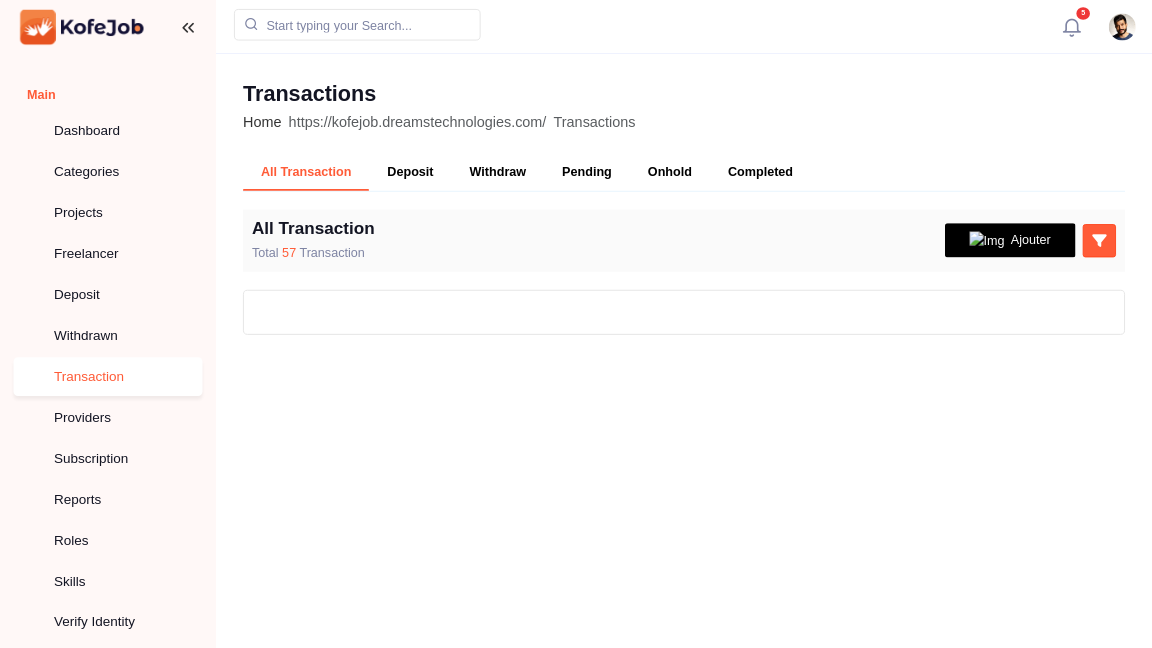
Repository: DIOMANDEMohamed/tp-web
Page: http://localhost/transaction
These files come from the project's save history. The page is drawn as it stood at one moment and after a run of saves; the edit follows.
The browser window is 1280 px wide. The pictures show the whole page, at 90% of full size.
Some web fonts or font styles are not loaded; a fallback is used. The page is served by the project's Laravel application, run on PHP 8.4 with Laravel 12. Other server files are loaded and not shown.

Above is the page before, as saved 2024-06-10 18:15:21.

### app/Providers/AppServiceProvider.php
<?php

namespace App\Providers;

use Illuminate\Support\ServiceProvider;
use Illuminate\Support\Facades\Schema;
class AppServiceProvider extends ServiceProvider
{
    /**
     * Register any application services.
     */
    public function register(): void
    {
        //
    }

    /**
     * Bootstrap any application services.
     */
    public function boot(): void
    {
        //
        Schema::defaultStringLength(191); //Update defaultStringLength
    }
}

### routes/web.php
<?php

use App\Http\Controllers\TransactionController;
use Illuminate\Support\Facades\Route;

Route::get('/', function () {
    return view('welcome');
});
Route::get('/transaction', [TransactionController::class, 'transaction'])->name('all transaction.index');
Route::get('/depot', [TransactionController::class, 'trandepot'])->name('depot.index');
Route::get('/competer', [TransactionController::class, 'trancompleter'])->name('completer.index');
Route::get('/enattente', [TransactionController::class, 'tranenattente'])->name('en attente.index');
Route::get('/retirer', [TransactionController::class, 'tranretirer'])->name('retirer.index');
Route::get('/onhold', [TransactionController::class, 'tranonhold'])->name('onhold.index');
Route::get('/formulaire',[TransactionController::class, 'tranformulaire'])->name('transaction.formulaire');
Route::get('/transactions', [TransactionController::class, 'index'])->name('transactions.index');
Route::post('/transactions', [TransactionController::class, 'store'])->name('transactions.store');

### app/Http/Controllers/TransactionController.php
<?php

namespace App\Http\Controllers;

use Illuminate\Http\Request;
use App\Models\transaction;
use Illuminate\Auth\Events\Validated;

class TransactionController extends Controller
{

    public function transaction(){
        return view('all transaction.index');
    }

    public function trandepot(){
        return view('depot.index');

    }
    public function trancompleter(){
        return view('completer.index');
    }
    public function tranenattente(){
        return view('en attente.index');
    }
    public function tranretirer(){
        return view('retirer.index');
    }
    public function tranonhold(){
        return view('onhold.index');
    }
    public function tranformulaire(){
        return view('transaction.formulaire');
    }
    public function store(Request $request)
    {
        $request->validate([
            'commande' => 'required|string',
            'utilisateur' => 'required|string',
            'detail' => 'required|string',
            'par' => 'required|string',
            'montant' => 'required|numeric',
            'status' => 'required|string',
        ]);

        $transaction = new Transaction();
        $transaction->commande = $request->commande;
        $transaction->utilisateur = $request->utilisateur;
        $transaction->detail = $request->detail;
        $transaction->par = $request->par;
        $transaction->montant = $request->montant;
        $transaction->status = $request->status;
        $transaction->save();

        return redirect()->route('transactions.index')->with('status', 'Transaction créée avec succès!');
    }
    public function index()
    {
        $transactions = Transaction::all();
        return view('transactions.index', compact('transactions'));
    }





}

### resources/views/all transaction/index.blade.php
@extends('layouts.app')
@section('content')
<div class="content report-box container-fluid">

    <div class="page-header subscribe-head border-bottom-0">
        <div class="row align-items-center">
            <div class="col">
                <h3 class="page-title">Transactions</h3>
                <ul class="breadcrumb">
                    <li class="breadcrumb-item"><a href="index.html">Home</a></li>
                    <li class="breadcrumb-item active">Transactions</li>
                </ul>
            </div>
        </div>
    </div>

    <div class="row">
        <div class="col-sm-12">
            <div class="subscribe-employe users-list">
                <ul>
                    <li class="active"><a href="transaction.html">All Transaction </a></li>
                    <li><a href="{{route('depot.index')}}">Deposit</a></li>
                    <li><a href="{{route('retirer.index')}}">Withdraw</a></li>
                    <li><a href="{{route('en attente.index')}}">Pending</a></li>
                    <li><a href="{{route('onhold.index')}}">Onhold</a></li>
                    <li><a href="{{route('completer.index')}}">Completed</a></li>
                </ul>
            </div>

            <div class="page-header user-active">
                <div class="row align-items-center">
                    <div class="col">
                        <h3 class="page-title">All Transaction</h3>
                        <p>Total <span>57</span> Transaction</p>
                    </div>
                    <div class="col-auto">
                        <a href="/formulaire" class="btn export-btn me-1">
                            <img src="assets/img/export.svg" alt="Img"> Ajouter
                        </a>
                        <a class="btn filter-btn" href="javascript:void(0);" id="filter_search">
                            <i class="fas fa-filter"></i>
                        </a>
                    </div>
                </div>
            </div>


            <div class="card filter-card" id="filter_inputs">
                <div class="card-body pb-0">
                    <form action="#" method="post">
                        <div class="row filter-row">
                            <div class="col-sm-6 col-md-3">
                                <div class="form-group">
                                    <label>Name</label>
                                    <input class="form-control" type="text">
                                </div>
                            </div>
                            <div class="col-sm-6 col-md-3">
                                <div class="form-group">
                                    <label>Email</label>
                                    <input type="email" class="form-control">
                                </div>
                            </div>
                            <div class="col-sm-6 col-md-3">
                                <div class="form-group">
                                    <label>Expertise</label>
                                    <input type="text" class="form-control">
                                </div>
                            </div>
                            <div class="col-sm-6 col-md-3">
                                <div class="form-group">
                                    <button class="btn btn-primary btn-block"
                                        type="submit">Submit</button>
                                </div>
                            </div>
                        </div>
                    </form>
                </div>
            </div>

            <div class="card">
                <div class="card-body">

                </div>
            </div>
        </div>
    </div>
</div>
@endsection

### resources/views/layouts/header.blade.php
<div class="header">

    <div class="header-left">
        <a href="index.html" class="logo">
            <img src="assets/img/logo.png" alt="Logo">
        </a>
        <a href="index.html" class="logo logo-small">
            <img src="assets/img/logo-small.png" alt="Logo" width="30" height="30">
        </a>

        <a href="javascript:void(0);" id="toggle_btn">
            <i class="feather-chevrons-left"></i>
        </a>


        <a class="mobile_btn" id="mobile_btn">
            <i class="feather-chevrons-left"></i>
        </a>

    </div>


    <div class="top-nav-search">
        <form>
            <input type="text" class="form-control" placeholder="Start typing your Search...">
            <button class="btn" type="submit"><i class="feather-search"></i></button>
        </form>
    </div>


    <ul class="nav user-menu">

        <li class="nav-item dropdown">
            <a href="javascript:void(0);" class="dropdown-toggle nav-link" data-bs-toggle="dropdown">
                <i class="feather-bell"></i> <span class="badge badge-pill">5</span>
            </a>
            <div class="dropdown-menu notifications">
                <div class="topnav-dropdown-header">
                    <span class="notification-title">Notifications</span>
                    <a href="javascript:void(0)" class="clear-noti"> Clear All</a>
                </div>
                <div class="noti-content">
                    <ul class="notification-list">
                        <li class="notification-message">
                            <a href="javascript:void(0);">
                                <div class="media d-flex">
                                    <span class="avatar avatar-sm flex-shrink-0">
                                        <img class="avatar-img rounded-circle" alt="Img"
                                            src="assets/img/profiles/avatar-02.jpg">
                                    </span>
                                    <div class="media-body flex-grow-1">
                                        <p class="noti-details"><span class="noti-title">Brian Johnson</span>
                                            paid the invoice <span class="noti-title">#DF65485</span></p>
                                        <p class="noti-time"><span class="notification-time">4 mins ago</span>
                                        </p>
                                    </div>
                                </div>
                            </a>
                        </li>
                        <li class="notification-message">
                            <a href="javascript:void(0);">
                                <div class="media d-flex">
                                    <span class="avatar avatar-sm flex-shrink-0">
                                        <img class="avatar-img rounded-circle" alt="Img"
                                            src="assets/img/profiles/avatar-03.jpg">
                                    </span>
                                    <div class="media-body flex-grow-1">
                                        <p class="noti-details"><span class="noti-title">Marie Canales</span>
                                            has accepted your estimate <span
                                                class="noti-title">#GTR458789</span></p>
                                        <p class="noti-time"><span class="notification-time">6 mins ago</span>
                                        </p>
                                    </div>
                                </div>
                            </a>
                        </li>
                        <li class="notification-message">
                            <a href="javascript:void(0);">
                                <div class="media d-flex">
                                    <div class="avatar avatar-sm flex-shrink-0">
                                        <span class="avatar-title rounded-circle bg-primary-light"><i
                                                class="far fa-user"></i></span>
                                    </div>
                                    <div class="media-body flex-grow-1">
                                        <p class="noti-details"><span class="noti-title">New user
                                                registered</span></p>
                                        <p class="noti-time"><span class="notification-time">8 mins ago</span>
                                        </p>
                                    </div>
                                </div>
                            </a>
                        </li>
                        <li class="notification-message">
                            <a href="javascript:void(0);">
                                <div class="media d-flex">
                                    <span class="avatar avatar-sm flex-shrink-0">
                                        <img class="avatar-img rounded-circle" alt="Img"
                                            src="assets/img/profiles/avatar-04.jpg">
                                    </span>
                                    <div class="media-body flex-grow-1">
                                        <p class="noti-details"><span class="noti-title">Barbara Moore</span>
                                            declined the invoice <span class="noti-title">#RDW026896</span></p>
                                        <p class="noti-time"><span class="notification-time">12 mins
                                                ago</span></p>
                                    </div>
                                </div>
                            </a>
                        </li>
                        <li class="notification-message">
                            <a href="javascript:void(0);">
                                <div class="media d-flex">
                                    <div class="avatar avatar-sm flex-shrink-0">
                                        <span class="avatar-title rounded-circle bg-info-light"><i
                                                class="far fa-comment"></i></span>
                                    </div>
                                    <div class="media-body flex-grow-1">
                                        <p class="noti-details"><span class="noti-title">You have received a
                                                new message</span></p>
                                        <p class="noti-time"><span class="notification-time">2 days ago</span>
                                        </p>
                                    </div>
                                </div>
                            </a>
                        </li>
                    </ul>
                </div>
                <div class="topnav-dropdown-footer">
                    <a href="javascript:void(0);">View all Notifications</a>
                </div>
            </div>
        </li>


        <li class="nav-item dropdown has-arrow main-drop">
            <a href="javascript:void(0);" class="dropdown-toggle nav-link" data-bs-toggle="dropdown">
                <span class="user-img">
                    <img src="assets/img/profiles/avatar-07.jpg" alt="Img">
                    <span class="status online"></span>
                </span>
            </a>
            <div class="dropdown-menu">
                <a class="dropdown-item" href="profile.html"><i data-feather="user" class="me-1"></i>
                    Profile</a>
                <a class="dropdown-item" href="settings.html"><i data-feather="settings" class="me-1"></i>
                    Settings</a>
                <a class="dropdown-item" href="login.html"><i data-feather="log-out" class="me-1"></i>
                    Logout</a>
            </div>
        </li>

    </ul>

</div>

### resources/views/layouts/sidebar.blade.php
<div class="sidebar" id="sidebar">
    <div class="sidebar-inner slimscroll">
        <div id="sidebar-menu" class="sidebar-menu">
            <ul>
                <li class="menu-title"><span>Main</span></li>
                <li>
                    <a href="index.html"><i data-feather="home"></i> <span>Dashboard</span></a>
                </li>
                <li>
                    <a href="categories.html"><i data-feather="copy"></i> <span>Categories</span></a>
                </li>
                <li>
                    <a href="projects.html"><i data-feather="database"></i> <span>Projects</span></a>
                </li>
                <li>
                    <a href="users.html"><i data-feather="users"></i> <span>Freelancer</span></a>
                </li>
                <li>
                    <a href="deposit.html"><i data-feather="user-check"></i> <span>Deposit</span></a>
                </li>
                <li>
                    <a href="withdrawn.html"><i data-feather="user-check"></i> <span>Withdrawn</span></a>
                </li>
                <li class="active">
                    <a href="transaction.html"><i data-feather="user-check"></i> <span>Transaction</span></a>
                </li>
                <li>
                    <a href="providers.html"><i data-feather="user-check"></i> <span>Providers</span></a>
                </li>
                <li>
                    <a href="subscription.html"><i data-feather="user-check"></i>
                        <span>Subscription</span></a>
                </li>
                <li>
                    <a href="reports.html"><i data-feather="pie-chart"></i> <span>Reports</span></a>
                </li>
                <li>
                    <a href="roles.html"><i data-feather="clipboard"></i> <span>Roles</span></a>
                </li>
                <li>
                    <a href="skills.html"><i data-feather="award"></i> <span>Skills</span></a>
                </li>
                <li>
                    <a href="verify-identity.html"><i data-feather="user-check"></i> <span>Verify
                            Identity</span></a>
                </li>
                <li>
                    <a href="settings.html"><i data-feather="settings"></i> <span>Settings</span></a>
                </li>
                <li class="menu-title"><span>UI Interface</span></li>
                <li>
                    <a href="components.html"><i data-feather="pocket"></i> <span>Components</span></a>
                </li>
                <li class="submenu">
                    <a href="javascript:void(0);"><i data-feather="file-minus"></i> <span> Forms</span> <span
                            class="menu-arrow"></span></a>
                    <ul>
                        <li><a href="form-basic-inputs.html">Basic Inputs</a></li>
                        <li><a href="form-input-groups.html">Input Groups</a></li>
                        <li><a href="form-horizontal.html">Horizontal Form</a></li>
                        <li><a href="form-vertical.html">Vertical Form</a></li>
                        <li><a href="form-mask.html">Form Mask</a></li>
                        <li><a href="form-validation.html">Form Validation</a></li>
                    </ul>
                </li>
                <li class="submenu">
                    <a href="javascript:void(0);"><i data-feather="align-justify"></i> <span> Tables</span>
                        <span class="menu-arrow"></span></a>
                    <ul>
                        <li><a href="tables-basic.html">Basic Tables</a></li>
                        <li><a href="data-tables.html">Data Table</a></li>
                    </ul>
                </li>
            </ul>
        </div>
    </div>
</div>

### resources/views/transaction/formulaire.blade.php
<!DOCTYPE html>
<html lang="en">
<head>
    <meta charset="UTF-8">
    <meta name="viewport" content="width=device-width, initial-scale=1.0">
    <title>Formulaire Simple</title>
    <link rel="stylesheet" href="https://maxcdn.bootstrapcdn.com/bootstrap/4.0.0/css/bootstrap.min.css">
</head>
<body>
    <div class="container mt-5">
        <h2>Formulaire de Transaction</h2>
        <hr>
        @if (session('status'))
            <div class="alert alert-success">
                {{ session('status') }}
            </div>
        @endif
        <ul>
            @if ($errors->any())
                @foreach ($errors->all() as $error)
                    <li class="alert alert-danger">{{ $error }}</li>
                @endforeach
            @endif
        </ul>

        <form action="{{ route('transactions.store') }}" method="POST">
            @csrf
            <div class="form-group">
                <label for="commande">Commande</label>
                <input type="number" class="form-control" id="commande" name="commande" required>
            </div>
            <div class="form-group">
                <label for="utilisateur">Utilisateur</label>
                <input type="text" class="form-control" id="utilisateur" name="utilisateur" required>
            </div>
            <div class="form-group">
                <label for="detail">Detail</label>
                <textarea class="form-control" id="detail" name="detail" rows="3" required></textarea>
            </div>
            <div class="payment-method-block">
                <h2>Sélectionnez votre mode de paiement</h2>
                <p>Choisissez parmi les options suivantes :</p>
                <label for="payment-method-virement">
                    <input type="radio" id="payment-method-virement" name="par" value="virement" checked>
                    Virement
                </label>
                <label for="payment-method-paypal">
                    <input type="radio" id="payment-method-paypal" name="par" value="paypal">
                    PayPal
                </label>
            </div>
            <div class="form-group">
                <label for="montant">Montant</label>
                <input type="number" class="form-control" id="montant" name="montant" required>
            </div>
            <div class="form-group">
                <label for="status">Status</label>
                <select class="form-control" id="status" name="status" required>
                    <option value="En attente">En attente</option>
                    <option value="En cours">En cours</option>
                    <option value="Terminé">Terminé</option>
                </select>
            </div>
            <button type="submit" class="btn btn-primary">Créer</button>
        </form>
    </div>
</body>
</html>

Loaded but not shown: app/Http/Controllers/Controller.php (common file); public/assets/css/bootstrap.min.css (library); public/assets/plugins/fontawesome/css/fontawesome.min.css (library); public/assets/plugins/fontawesome/css/all.min.css (library); public/assets/css/feather.css (library); public/assets/css/bootstrap-datetimepicker.min.css (library); public/assets/plugins/datatables/datatables.min.css (library); public/assets/css/style.css (library); resources/views/layouts/app.blade.php (331 lines, source omitted)

After the next 4 saves:
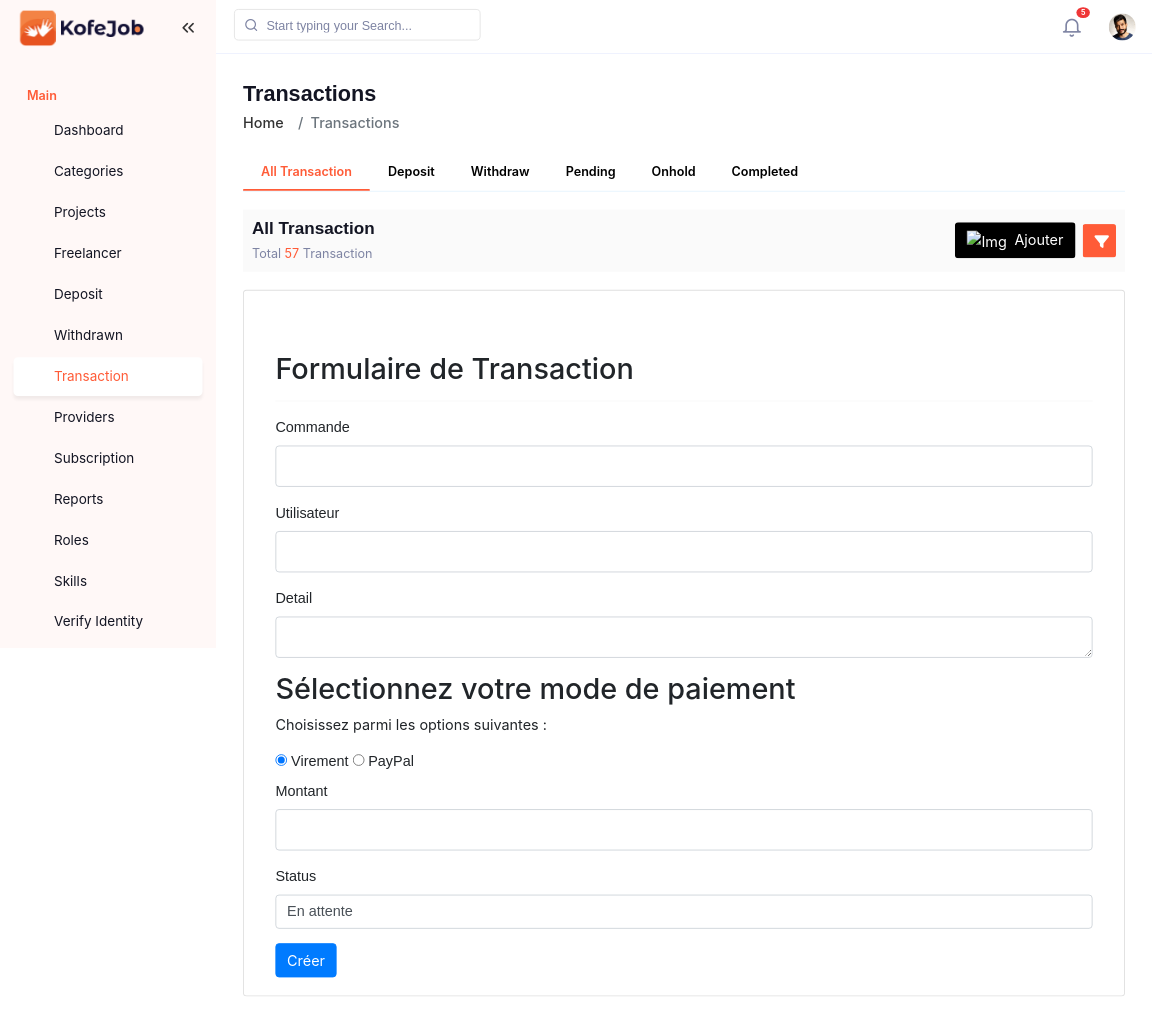
The 4 saves are shown as one change because 1 did not build or start and some came seconds apart.
The last was saved 27 s later.
--- a/resources/views/all transaction/index.blade.php
+++ b/resources/views/all transaction/index.blade.php
@@ -80,7 +80,7 @@
 
             <div class="card">
                 <div class="card-body">
-
+                   @include('transaction.formulaire')
                 </div>
             </div>
         </div>
